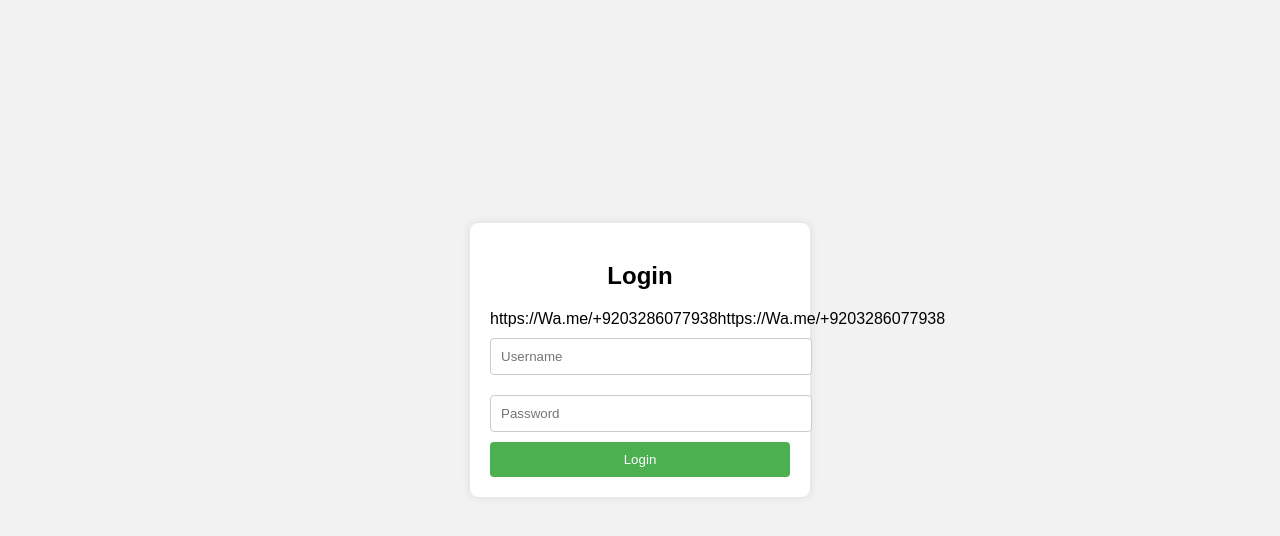
Repository: Reyanabid123/leetcode
Page: index.html
These files come from the project's save history. The page is drawn as it stood at one moment and after the next save; the edit follows.
The browser window is 1280 px wide. The pictures show the whole page.

Above is the page before, as saved 2024-12-30 22:40:08.

### index.html
<!DOCTYPE html>
<html lang="en">
<head>
  <meta charset="UTF-8">
  <meta name="viewport" content="width=device-width, initial-scale=1.0">
  <title>Login Page</title>
  <style>
    body {
      font-family: Arial, sans-serif;
      background-color: #f2f2f2;
      display: flex;
      justify-content: center;
      align-items: center;
      height: 100vh;
      margin: 0;
    }
    .container {
      background-color: white;
      padding: 20px;
      border-radius: 8px;
      box-shadow: 0 0 10px rgba(0, 0, 0, 0.1);
      width: 300px;
    }
    .container h2 {
      margin-bottom: 20px;
      text-align: center;
    }
    .container input[type="text"],
    .container input[type="password"] {
      width: 100%;
      padding: 10px;
      margin: 10px 0;
      border: 1px solid #ccc;
      border-radius: 4px;
    }
    .container button {
      width: 100%;
      padding: 10px;
      background-color: #4CAF50;
      color: white;
      border: none;
      border-radius: 4px;
      cursor: pointer;
    }
    .container button:hover {
      background-color: #45a049;
    }
  </style>
</head>
<body>
  <div class="container">
    <h2>Login</h2>
    <form action="/login" method="post">

      https://Wa.me/+9203286077938https://Wa.me/+9203286077938



      <input type="text" name="username" placeholder="Username" required>
      <input type="password" name="password" placeholder="Password" required>
      <button type="submit">Login</button>
    </form>
  </div>
</body>
</html>

After the next save:
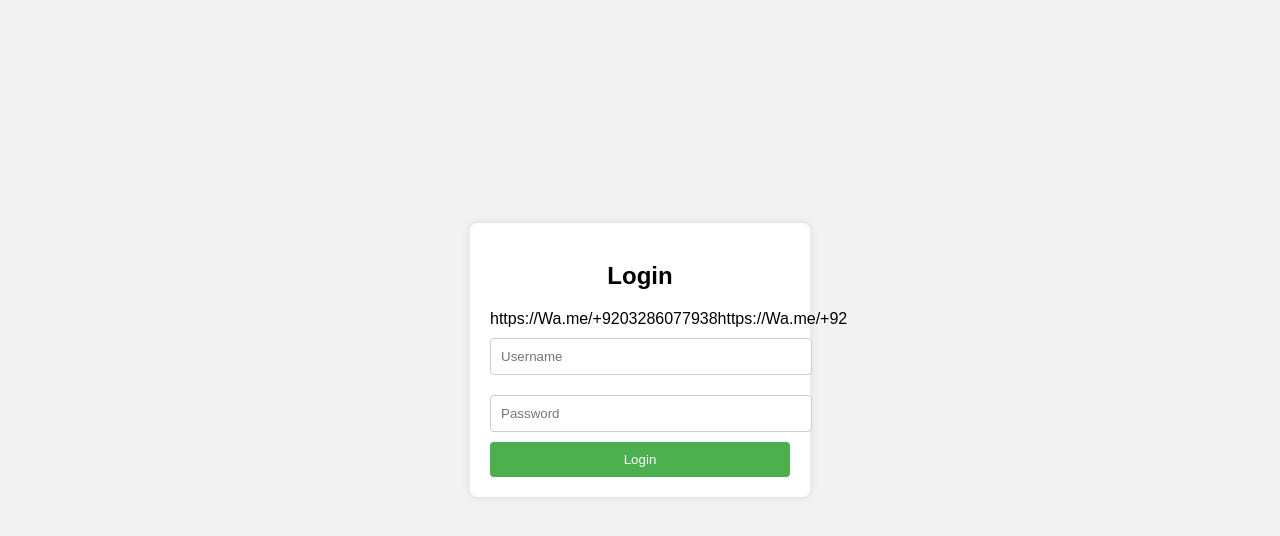
Saved 7 s later.
--- a/index.html
+++ b/index.html
@@ -52,7 +52,7 @@
     <h2>Login</h2>
     <form action="/login" method="post">
 
-      https://Wa.me/+9203286077938https://Wa.me/+9203286077938
+      https://Wa.me/+9203286077938https://Wa.me/+92
 
 
 
